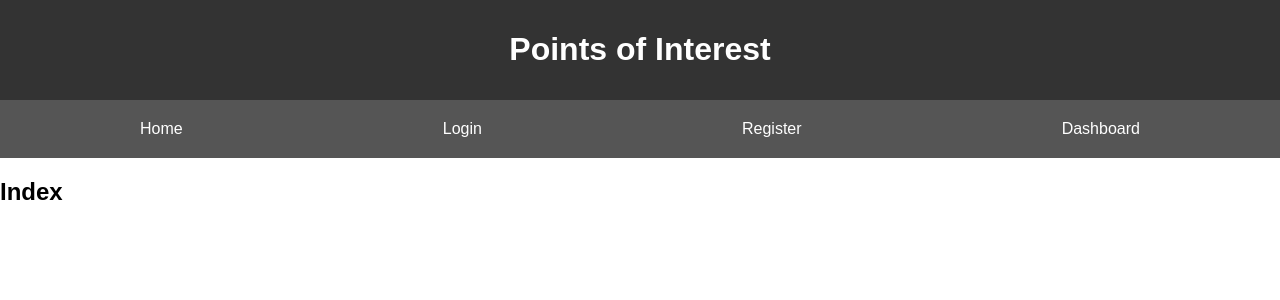
Repository: zrlgithub/poi
Page: http://localhost/test/
These files come from the project's save history. The page is drawn as it stood at one moment and after the next save; the edit follows.
The browser window is 1280 px wide. The pictures show the whole page.
The page is served by Tomcat 9.

Above is the page before, as saved 2024-02-15 23:03:34.

After the next save:
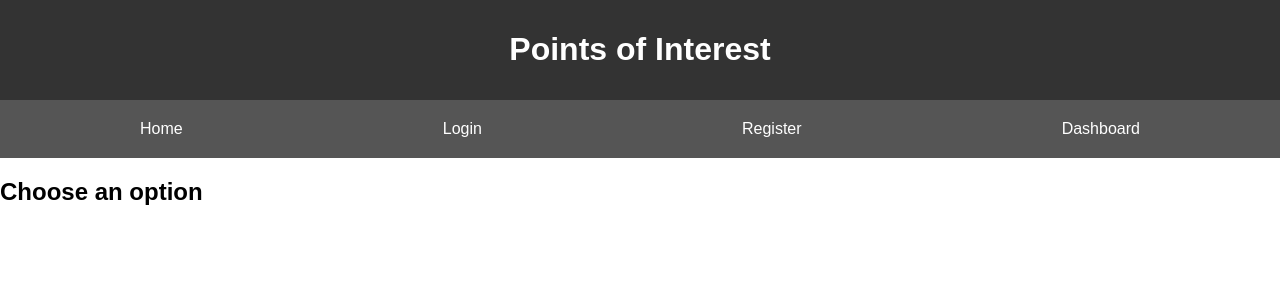
Saved 27 s later.
--- a/test/src/main/webapp/index.jsp
+++ b/test/src/main/webapp/index.jsp
@@ -9,6 +9,6 @@
 <body>
 <jsp:include page="header.jsp" />
 
-    <h2>Index</h2>
+    <h2>Choose an option</h2>
 </body>
 </html>
